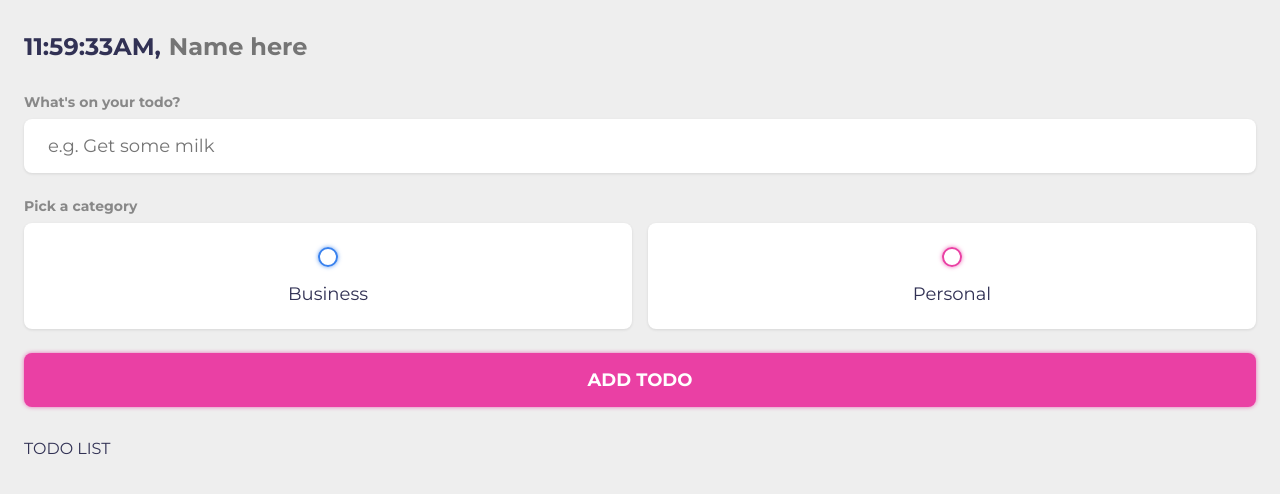
Repository: kluivert-ssali/kaDo_final
Page: index.html
These files come from the project's save history. The page is drawn as it stood at one moment and after the next save; the edit follows.
The browser window is 1280 px wide. The pictures show the whole page.
Some web libraries are served in a nearby version.

Above is the page before, as saved 2023-06-11 20:27:14.

### index.html
<!DOCTYPE html>
<html lang="en">
  <head>
    <meta charset="UTF-8" />
    <meta http-equiv="X-UA-Compatible" content="IE=edge" />
    <meta name="viewport" content="width=device-width, initial-scale=1.0" />
    <title>KaDo</title>
    <!-- CSS Import -->
    <link rel="stylesheet" href="main.css" />
    <!-- End of CSS Import -->
    <!-- Fonts -->
    <link rel="preconnect" href="https://fonts.googleapis.com" />
    <link rel="preconnect" href="https://fonts.gstatic.com" crossorigin />
    <link
      href="https://fonts.googleapis.com/css2?family=Fira+Sans:ital,wght@0,400;0,700;0,900;1,400&family=Montserrat:ital,wght@0,400;0,700;0,900;1,400&display=swap"
      rel="stylesheet"
    />
    <!-- End of Fonts -->
  </head>
  <body>
    <script src="https://ajax.googleapis.com/ajax/libs/jquery/2.1.1/jquery.min.js"></script>
    <!-- App Wrapper -->
    <main class="app">
      <!-- Greeting -->
      <section class="greeting">
        <h2 class="title">
          <span class="date"></span>,<input
            type="text"
            id="name"
            placeholder="Name here"
          />
        </h2>
      </section>
      <!-- End of Greeting -->

      <!-- New Todo -->
      <section class="create-todo">
        <form id="new-todo-form">
          <h4>What's on your todo?</h4>
          <input
            type="text"
            placeholder="e.g. Get some milk"
            name="content"
            id="content"
          />

          <h4>Pick a category</h4>
          <div class="options">
            <label>
              <input
                type="radio"
                name="category"
                id="category1"
                value="business"
              />
              <span class="bubble business"></span>
              <div>Business</div>
            </label>
            <label>
              <input
                type="radio"
                name="category"
                id="category2"
                value="personal"
              />
              <span class="bubble personal"></span>
              <div>Personal</div>
            </label>
          </div>

          <input type="submit" value="Add todo" />
        </form>
      </section>
      <!-- End of New Todo -->

      <!-- Todo List -->
      <section class="todo-list">
        <h3>TODO LIST</h3>
        <div class="list" id="todo-list"></div>
      </section>
      <!-- End of Todo List -->
    </main>
    <!-- End of App Wrapper -->

    <!-- JS Import -->
    <script src="main.js"></script>
    <!-- End of JS Import -->
  </body>
</html>

### main.css
/* Variables */
:root {
	--primary: #EA40A4;
	--business: #3a82ee;
	--personal: var(--primary);
	--light: #EEE;
	--grey: #888;
	--dark: #313154;
	--danger: #ff5b57;

	--shadow: 0 1px 3px rgba(0, 0, 0, 0.1);

	--business-glow: 0px 0px 4px rgba(58, 130, 238, 0.75);
	--personal-glow: 0px 0px 4px rgba(234, 64, 164, 0.75);
}
/* End of Variables */

/* Resets */
* {
	margin: 0;
	padding: 0;
	box-sizing: border-box;
	font-family: 'montserrat', sans-serif;
}

input:not([type="radio"]):not([type="checkbox"]), button {
	appearance: none;
	border: none;
	outline: none;
	background: none;
	cursor: initial;
}
/* End of Resets */

body {
	background: var(--light);
	color: var(--dark);
}

section {
	margin-top: 2rem;
	margin-bottom: 2rem;
	padding-left: 1.5rem;
	padding-right: 1.5rem;
}

h3 {
	color: var(--dark);
	font-size: 1rem;
	font-weight: 400;
	margin-bottom: 0.5rem;
}

h4 {
	color: var(--grey);
	font-size: 0.875rem;
	font-weight: 700;
	margin-bottom: 0.5rem;
}

.greeting .title {
	display: flex;
}

.greeting .title input {
	margin-left: 0.5rem;
	flex: 1 1 0%;
	min-width: 0;
}

.greeting .title,
.greeting .title input {
	color: var(--dark);
	font-size: 1.5rem;
	font-weight: 700;
}

.create-todo input[type="text"] {
	display: block;
	width: 100%;
	font-size: 1.125rem;
	padding: 1rem 1.5rem;
	color: var(--dark);
	background-color: #FFF;
	border-radius: 0.5rem;
	box-shadow: var(--shadow);
	margin-bottom: 1.5rem;
}

.create-todo .options {
	display: grid;
	grid-template-columns: repeat(2, 1fr);
	grid-gap: 1rem;
	margin-bottom: 1.5rem;
}

.create-todo .options label {
	display: flex;
	flex-direction: column;
	align-items: center;
	justify-content: center;
	background-color: #FFF;
	padding: 1.5rem;
	box-shadow: var(--shadow);
	border-radius: 0.5rem;
	cursor: pointer;
}

input[type="radio"],
input[type="checkbox"] {
	display: none;
}

.bubble {
	display: flex;
	align-items: center;
	justify-content: center;
	width: 20px;
	height: 20px;
	border-radius: 999px;
	border: 2px solid var(--business);
	box-shadow: var(--business-glow);
}

.bubble.personal {
	border-color: var(--personal);
	box-shadow: var(--personal-glow);
}

.bubble::after {
	content: '';
	display: block;
	opacity: 0;
	width: 0px;
	height: 0px;
	background-color: var(--business);
	box-shadow: var(--business-glow);
	border-radius: 999px;
	transition: 0.2s ease-in-out;
}

.bubble.personal::after {
	background-color: var(--personal);
	box-shadow: var(--personal-glow);
}

input:checked ~ .bubble::after {
	width: 10px;
	height: 10px;
	opacity: 1;
}

.create-todo .options label div {
	color: var(--dark);
	font-size: 1.125rem;
	margin-top: 1rem;
}

.create-todo input[type="submit"] {
	display: block;
	width: 100%;
	font-size: 1.125rem;
	padding: 1rem 1.5rem;
	color: #FFF;
	font-weight: 700;
	text-transform: uppercase;
	background-color: var(--primary);
	box-shadow: var(--personal-glow);
	border-radius: 0.5rem;
	cursor: pointer;
	transition: 0.2s ease-out;
}

.create-todo input[type="submit"]:hover {
	opacity: 0.75;
}

.todo-list .list {
	margin: 1rem 0;
}

.todo-list .todo-item {
	display: flex;
	align-items: center;
	background-color: #FFF;
	padding: 1rem;
	border-radius: 0.5rem;
	box-shadow: var(--shadow);
	margin-bottom: 1rem;
}

.todo-item label {
	display: block;
	margin-right: 1rem;
	cursor: pointer;
}

.todo-item .todo-content {
	flex: 1 1 0%;
}

.todo-item .todo-content input {
	color: var(--dark);
	font-size: 1.125rem;
}

.todo-item .actions {
	display: flex;
	align-items: center;
}

.todo-item .actions button {
	display: block;
	padding: 0.5rem;
	border-radius: 0.25rem;
	color: #FFF;
	cursor: pointer;
	transition: 0.2s ease-in-out;
}

.todo-item .actions button:hover {
	opacity: 0.75;
}

.todo-item .actions .edit {
	margin-right: 0.5rem;
	background-color: var(--primary);
}

.todo-item .actions .delete {
	background-color: var(--danger);
}

.todo-item.done .todo-content input {
	text-decoration: line-through;
	color: var(--grey);
}

### main.js
// good morning function
$(document).ready(function() {
	function dateTime() {
	  var ndate = new Date();
	  var hours = ndate.getHours();
	  var message = hours < 12 ? 'Good Morning' : hours < 18 ? 'Good Afternoon' : 'Good Evening';
	  $("h3.day-message").text(message);

	  $('.date').html(hours.leadingZeroes(2) + ":" + ndate.getMinutes().leadingZeroes(2) + ":" + ndate.getSeconds().leadingZeroes(2) + (hours < 12 ? 'AM' : 'PM'));
	}

	setInterval(dateTime, 1000);
  });

  Number.prototype.leadingZeroes = function(len) {
	return (new Array(len).fill('0', 0).join('') + this).slice(-Math.abs(len));
  }
//   End of good morning furn



window.addEventListener('load', () => {
	todos = JSON.parse(localStorage.getItem('todos')) || [];
	const nameInput = document.querySelector('#name');
	const newTodoForm = document.querySelector('#new-todo-form');

	const username = localStorage.getItem('username') || '';

	nameInput.value = username;

	nameInput.addEventListener('change', (e) => {
		localStorage.setItem('username', e.target.value);
	})

	newTodoForm.addEventListener('submit', e => {
		e.preventDefault();

		const todo = {
			content: e.target.elements.content.value,
			category: e.target.elements.category.value,
			done: false,
			createdAt: new Date().getTime()
		}

		todos.push(todo);

		localStorage.setItem('todos', JSON.stringify(todos));

		// Reset the form
		e.target.reset();

		DisplayTodos()
	})

	DisplayTodos()
})

function DisplayTodos () {
	const todoList = document.querySelector('#todo-list');
	todoList.innerHTML = "";

	todos.forEach(todo => {
		const todoItem = document.createElement('div');
		todoItem.classList.add('todo-item');

		const label = document.createElement('label');
		const input = document.createElement('input');
		const span = document.createElement('span');
		const content = document.createElement('div');
		const actions = document.createElement('div');
		const edit = document.createElement('button');
		const deleteButton = document.createElement('button');

		input.type = 'checkbox';
		input.checked = todo.done;
		span.classList.add('bubble');
		if (todo.category == 'personal') {
			span.classList.add('personal');
		} else {
			span.classList.add('business');
		}
		content.classList.add('todo-content');
		actions.classList.add('actions');
		edit.classList.add('edit');
		deleteButton.classList.add('delete');

		content.innerHTML = `<input type="text" value="${todo.content}" readonly>`;
		edit.innerHTML = 'Edit';
		deleteButton.innerHTML = 'Delete';

		label.appendChild(input);
		label.appendChild(span);
		actions.appendChild(edit);
		actions.appendChild(deleteButton);
		todoItem.appendChild(label);
		todoItem.appendChild(content);
		todoItem.appendChild(actions);

		todoList.appendChild(todoItem);

		if (todo.done) {
			todoItem.classList.add('done');
		}

		input.addEventListener('change', (e) => {
			todo.done = e.target.checked;
			localStorage.setItem('todos', JSON.stringify(todos));

			if (todo.done) {
				todoItem.classList.add('done');
			} else {
				todoItem.classList.remove('done');
			}

			DisplayTodos()

		})

		edit.addEventListener('click', (e) => {
			const input = content.querySelector('input');
			input.removeAttribute('readonly');
			input.focus();
			input.addEventListener('blur', (e) => {
				input.setAttribute('readonly', true);
				todo.content = e.target.value;
				localStorage.setItem('todos', JSON.stringify(todos));
				DisplayTodos()

			})
		})

		deleteButton.addEventListener('click', (e) => {
			todos = todos.filter(t => t != todo);
			localStorage.setItem('todos', JSON.stringify(todos));
			DisplayTodos()
		})

	})
}

After the next save:
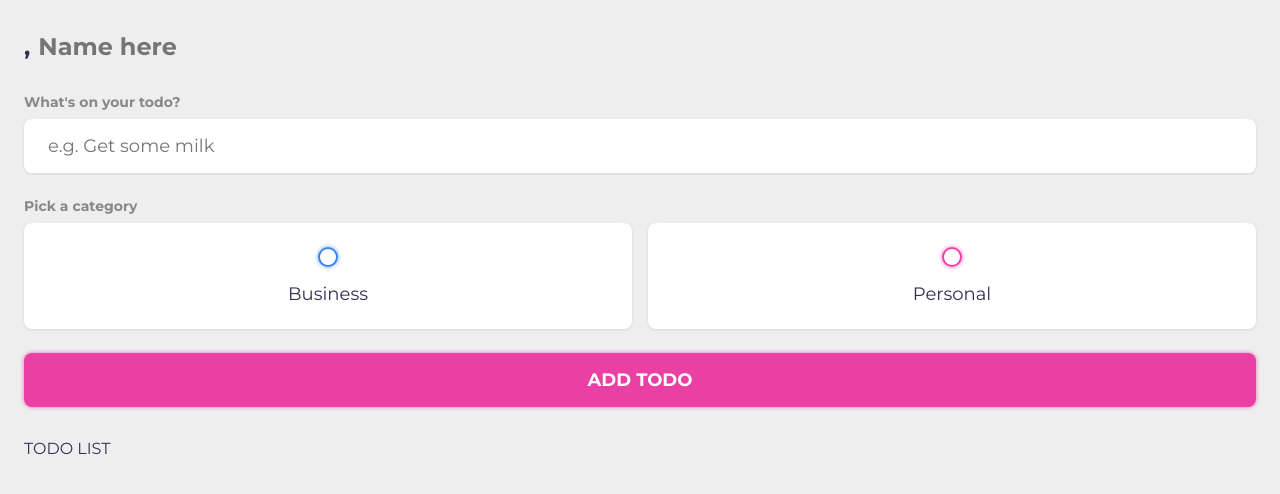
Saved 83 s later.
--- a/index.html
+++ b/index.html
@@ -24,7 +24,7 @@
       <!-- Greeting -->
       <section class="greeting">
         <h2 class="title">
-          <span class="date"></span>,<input
+          <span class="day-massega"></span>,<input
             type="text"
             id="name"
             placeholder="Name here"
